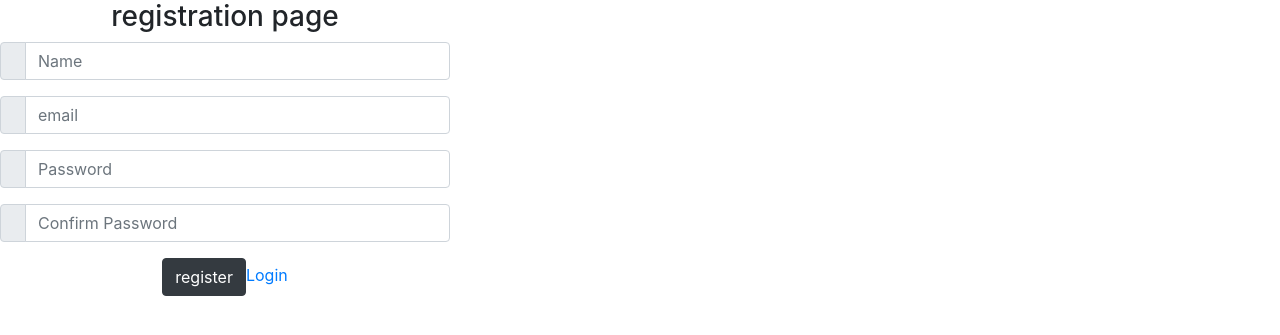
Repository: mugdha97/JSPServlet
Page: http://localhost/loginPage/register.jsp
An editor plug-in stored every save of this project. The page is shown before and after the next save, followed by the edit.
The browser window is 1280 px wide. The pictures show the whole page.
The page is served by Tomcat 9.

Above is the page before, as saved 2019-10-22 05:34:43.

After the next save:
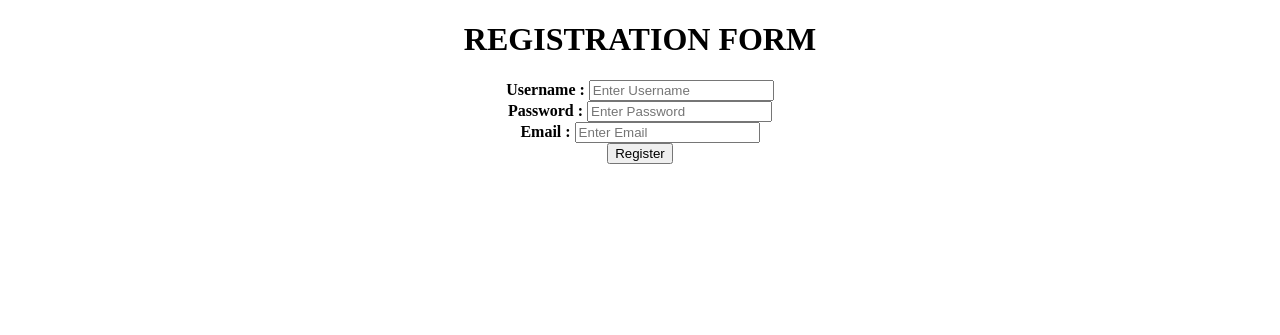
Saved 6 min 29 s later.
--- a/loginPage/WebContent/register.jsp
+++ b/loginPage/WebContent/register.jsp
@@ -5,58 +5,26 @@
 <head>
 <meta charset="UTF-8">
 <title>Insert title here</title>
-<link rel="stylesheet"
-	href="https://maxcdn.bootstrapcdn.com/bootstrap/4.3.1/css/bootstrap.min.css">
-<script
-	src="https://ajax.googleapis.com/ajax/libs/jquery/3.4.1/jquery.min.js"></script>
-<script
-	src="https://cdnjs.cloudflare.com/ajax/libs/popper.js/1.14.7/umd/popper.min.js"></script>
-<script
-	src="https://maxcdn.bootstrapcdn.com/bootstrap/4.3.1/js/bootstrap.min.js"></script>
+
 </head>
 <body>
-	<form action="register" method="post">
-		<div style='text-align: center'>
-			<fieldset style="width: 450px">
-				<h3>registration page</h3>
-				<div class="input-group mb-3" align="center">
-					<div class="input-group-prepend">
-						<span class="input-group-text" id="basic-addon1"></span>
-					</div>
-					<input type="text" class="form-control" placeholder="Name"
-						name="name" aria-label="Name" aria-describedby="basic-addon1" required>
-				</div>
+<center>
+<div class="container">
+<form action="register" method="post">
+		<div><h1> REGISTRATION FORM</h1></div>
+      <label for="uname"><b>Username : </b></label>
+      <input type="text" placeholder="Enter Username" name="uname" required><br>
 
-				<div class="input-group mb-3" align="center">
-					<div class="input-group-prepend">
-						<span class="input-group-text" id="basic-addon1"></span>
-					</div>
-					<input type="text" class="form-control" placeholder="email"
-						name="email" aria-label="Email"
-						aria-describedby="basic-addon1" required>
-				</div>
+      <label for="psw"><b>Password : </b></label>
+      <input type="password" placeholder="Enter Password" name="password" required><br>
 
-				<div class="input-group mb-3" align="center">
-					<div class="input-group-prepend">
-						<span class="input-group-text" id="basic-addon1"></span>
-					</div>
-					<input type="password" class="form-control" placeholder="Password"
-						name="password" aria-label="Password"
-						aria-describedby="basic-addon1" required>
-				</div>
+	  <label for="mail"><b>Email : </b></label>
+	  <input type="text" placeholder="Enter Email" name="mail" pattern="[a-z0-9._%+-]+@[a-z0-9.-]+\.[a-z]{2,4}$" required><br>
 
-				<div class="input-group mb-3" align="center">
-					<div class="input-group-prepend">
-						<span class="input-group-text" id="basic-addon1"></span>
-					</div>
-					<input type="password" class="form-control"
-						placeholder="Confirm Password" name="confirm_password"
-						aria-label="Confirm Password" aria-describedby="basic-addon1"required>
-				</div>
-				<input type="submit" value="register" class="btn btn-dark"><a
-					href="login.jsp">Login</a>
-			</fieldset>
-		</div>
-	</form>
+      <button type="submit"value="Register">Register</button>
+</form>
+</div>
+</center>
 </body>
+
 </html>
